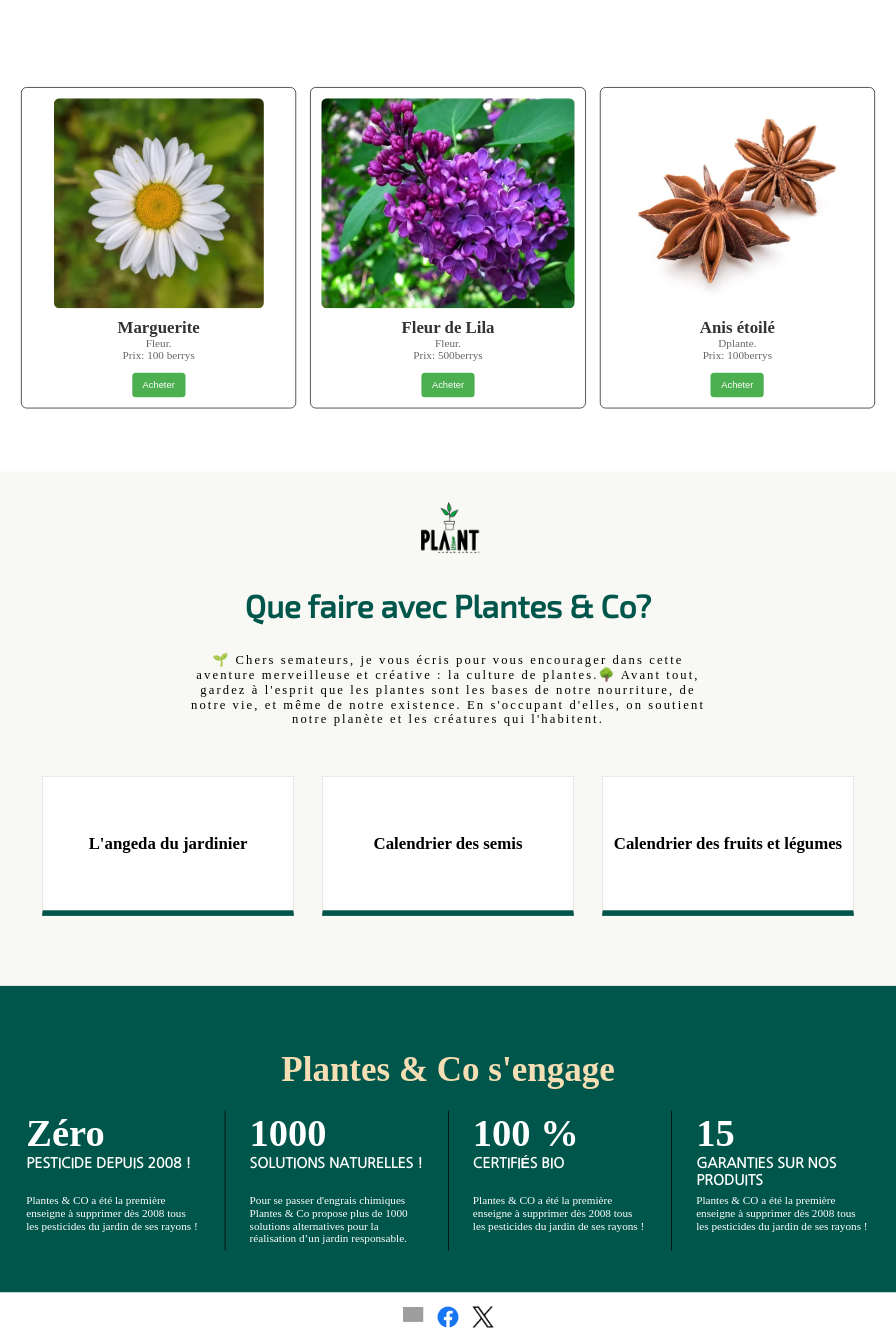
Repository: Flexo874/ISITECH-HTML-CSS
Page: index.html
These files come from the project's save history. The page is drawn as it stood at one moment and after a run of saves; the edit follows.
The browser window is 1280 px wide. The pictures show the part of the page from y = 1389 to 3309 px (the page is 3309 px tall), at 70% of full size.
Pictures or frames that could not be fetched are drawn as grey boxes. Some web fonts or font styles are not loaded; a fallback is used.

Above is the page before, as saved 2024-01-04 10:29:12.

After the next 2 saves:
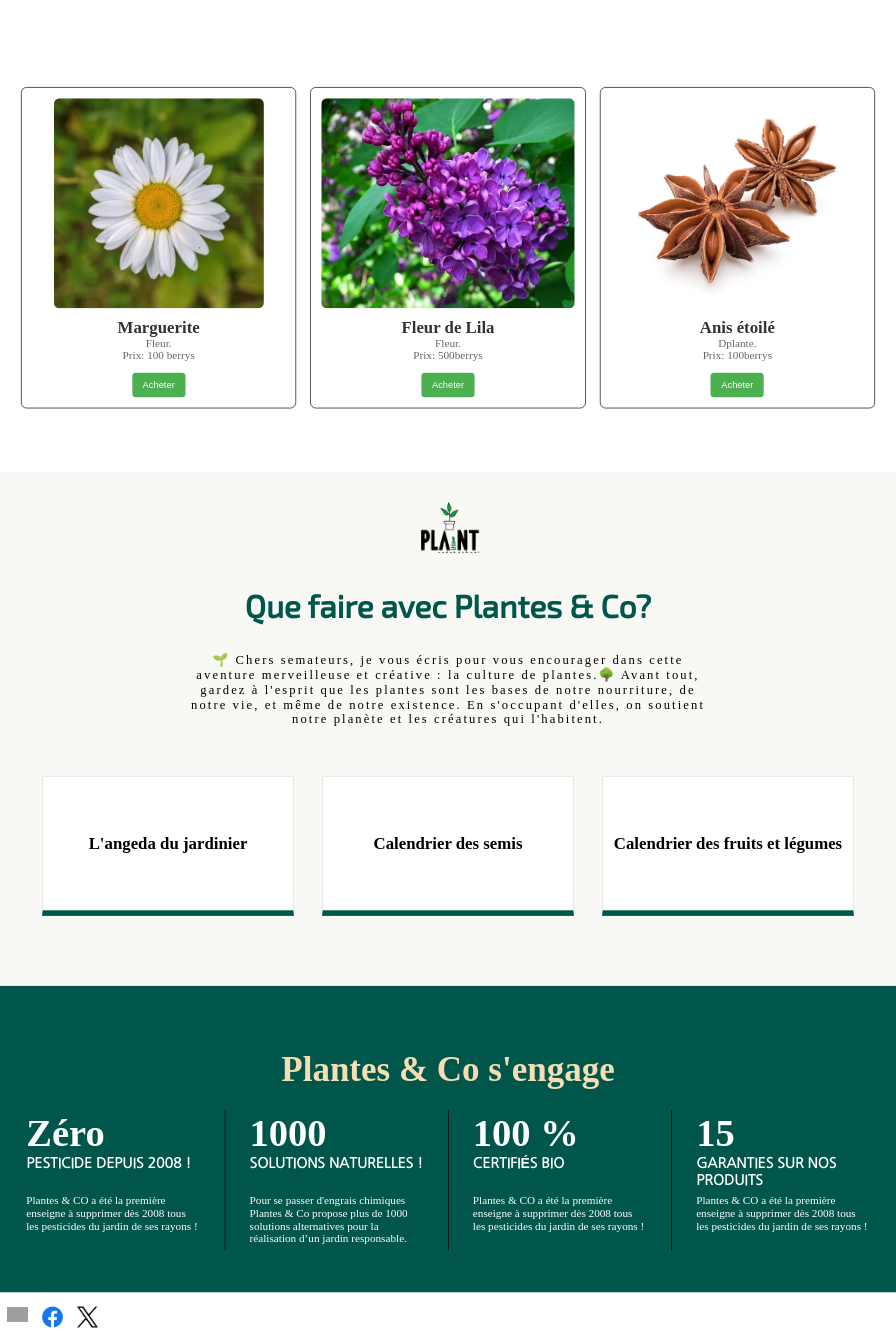
The 2 saves are shown as one change because they came seconds apart.
The last was saved 16 s later.
--- a/reseaux.css
+++ b/reseaux.css
@@ -1,13 +1,13 @@
 footer{
     background-color:white;
-    text-align: bottom;
+
 }
 
 .socials{
     display: flex;
-    justify-content: center;
+    justify-content: bottom;
     padding: 20px 0;
-    vertical-align: bottom;
+
 }
 
 .social{

After the save that followed:
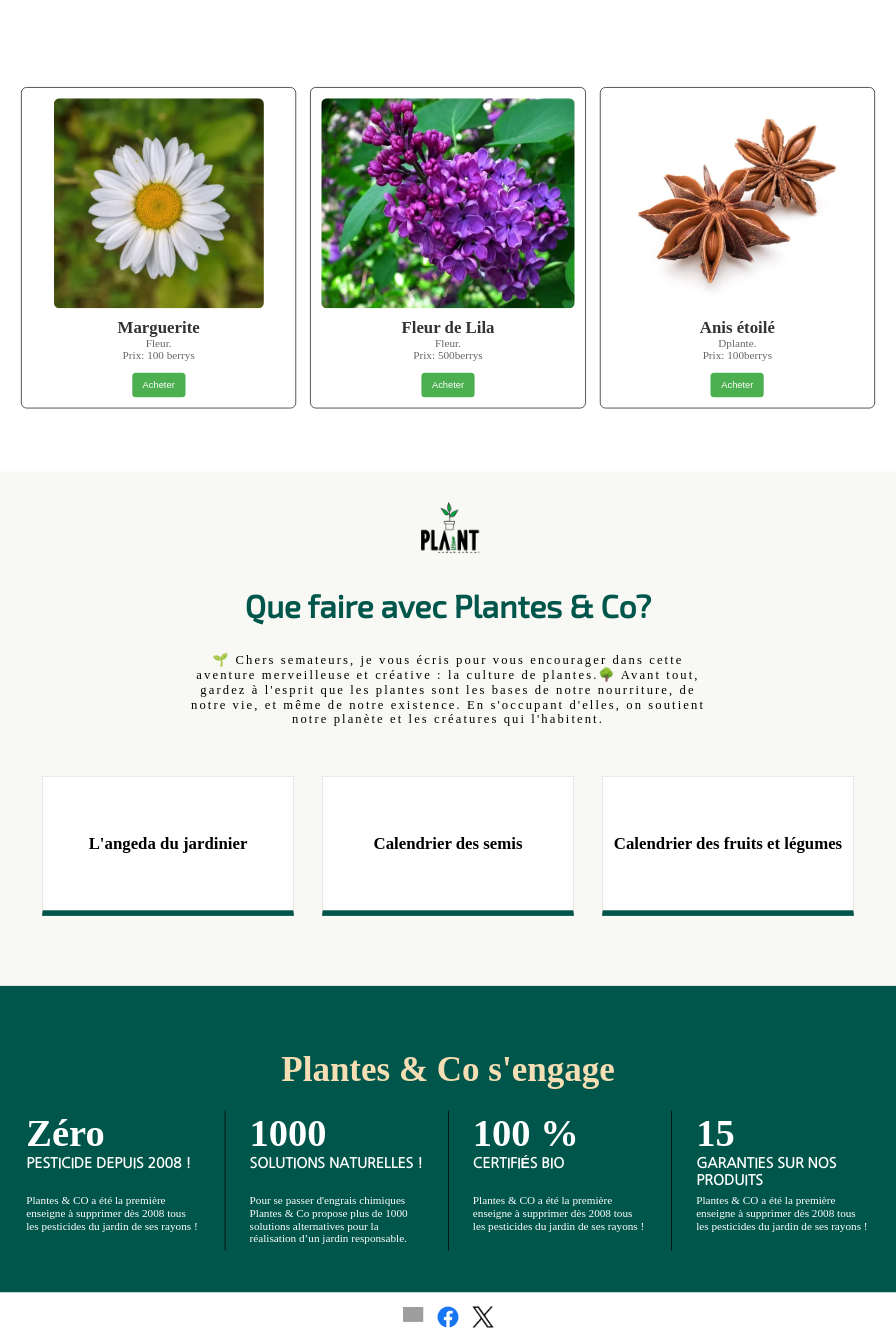
Saved 13 s later.
--- a/reseaux.css
+++ b/reseaux.css
@@ -5,7 +5,7 @@ footer{
 
 .socials{
     display: flex;
-    justify-content: bottom;
+    justify-content:center;
     padding: 20px 0;
 
 }
